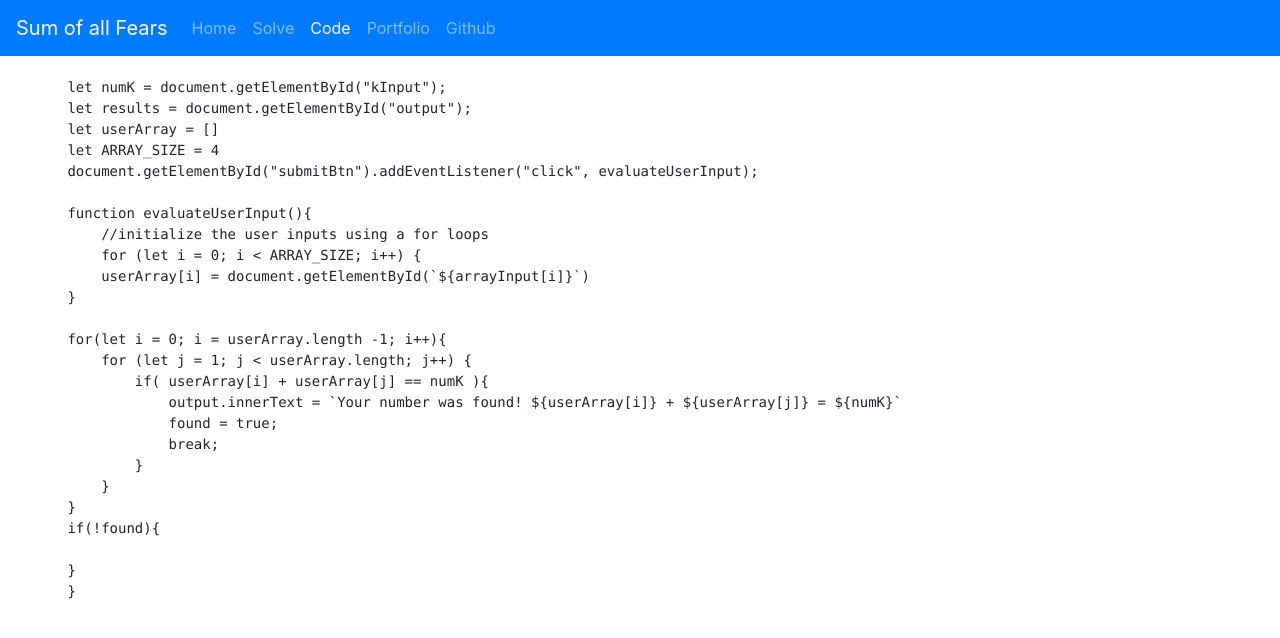
Repository: zhadjah9559/BrainBufferOverflow
Page: code.html
An editor plug-in stored every save of this project. The page is shown before and after a run of saves, followed by the edit.
The browser window is 1280 px wide. The pictures show the whole page.

Above is the page before, as saved 2021-01-18 00:54:34.

After the next 2 saves:
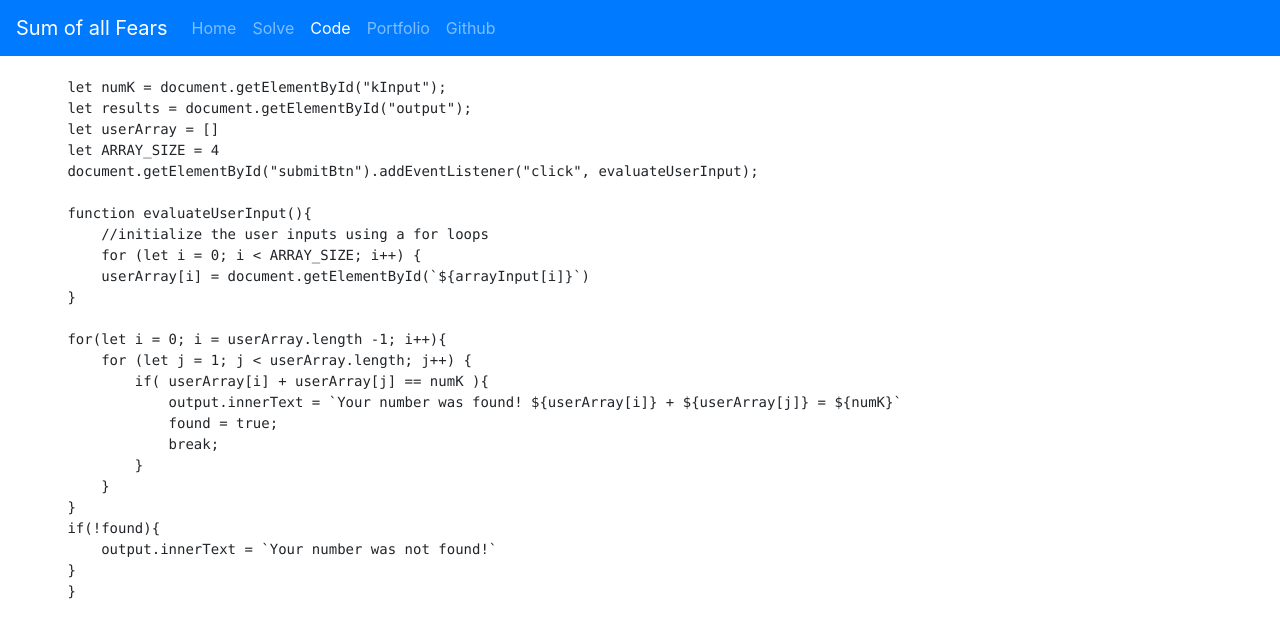
The 2 saves are shown as one change because they came seconds apart.
The last was saved 7 s later.
--- a/code.html
+++ b/code.html
@@ -61,7 +61,7 @@
             }
         }
         if(!found){
-
+            output.innerText = `Your number was not found!`
         }
         }
     </code></pre>
